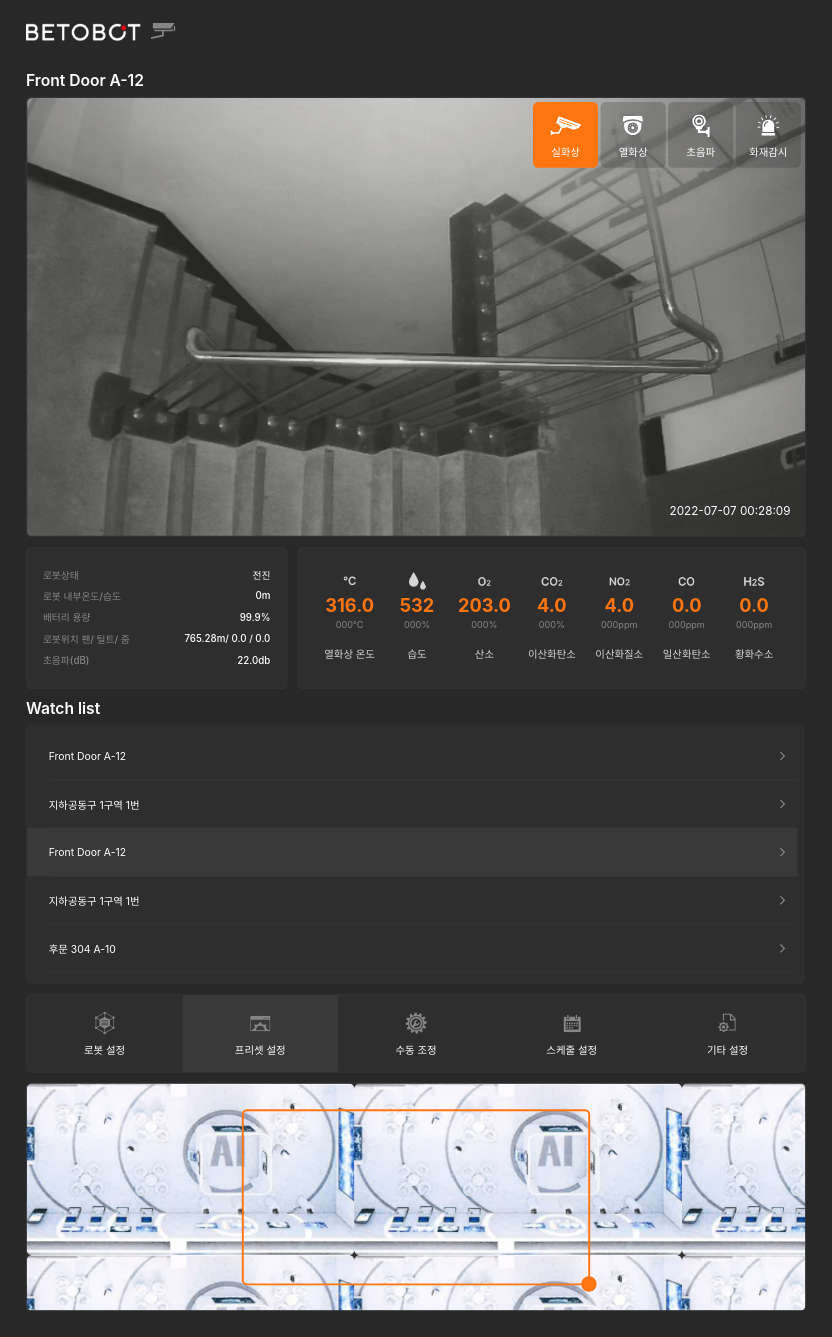
Repository: jang0ha/betobot
Page: content/main/main.html
The author's editor kept a copy of each file at every save. The page is drawn from the files as they stood at one save, then again after the next save.
The browser window is 1280 px wide. The pictures show the whole page, at 65% of full size.
An inner scrolling area shows only its first screen. Some web fonts or font styles are not loaded; a fallback is used. The style sheet was rebuilt from its Sass, Less or Tailwind sources for each picture, by a compiler version that may differ from the author's.

Above is the page before, as saved 2022-07-13 10:38:52.

After the next save:
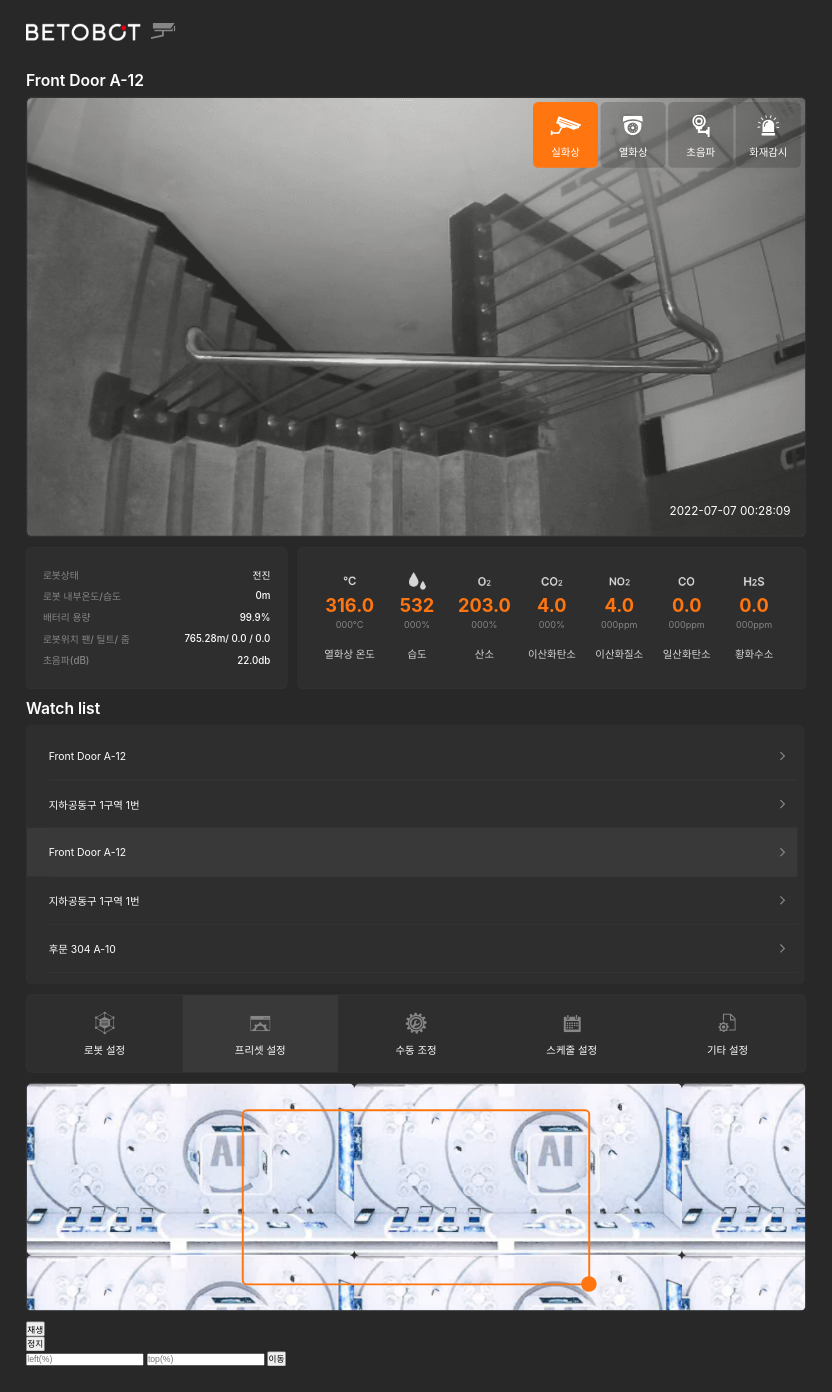
Saved 14 s later.
--- a/content/main/main.html
+++ b/content/main/main.html
@@ -210,6 +210,14 @@
                                         <div class="robot"></div>
                                     </div>
                                 </div>
+                                <div class="m-5">
+                                    <div class="mb-3 p-2 border d-inline"><button type="button" id="play"> 재생 </button></div>
+                                    <div class="mb-3 p-2 border d-inline"><button type="button" id="pause"> 정지 </button></div>
+                                    <input type="text" value="" placeholder="left(%)" id="leftVal">
+                                    <input type="text" value="" placeholder="top(%)" id="topVal">
+                                    <button type="button" onclick="moveRobot()"> 이동 </button>
+                                </div>
+
                             </div>
                         </div>
                         <!-- 오른쪽 끝 -->
